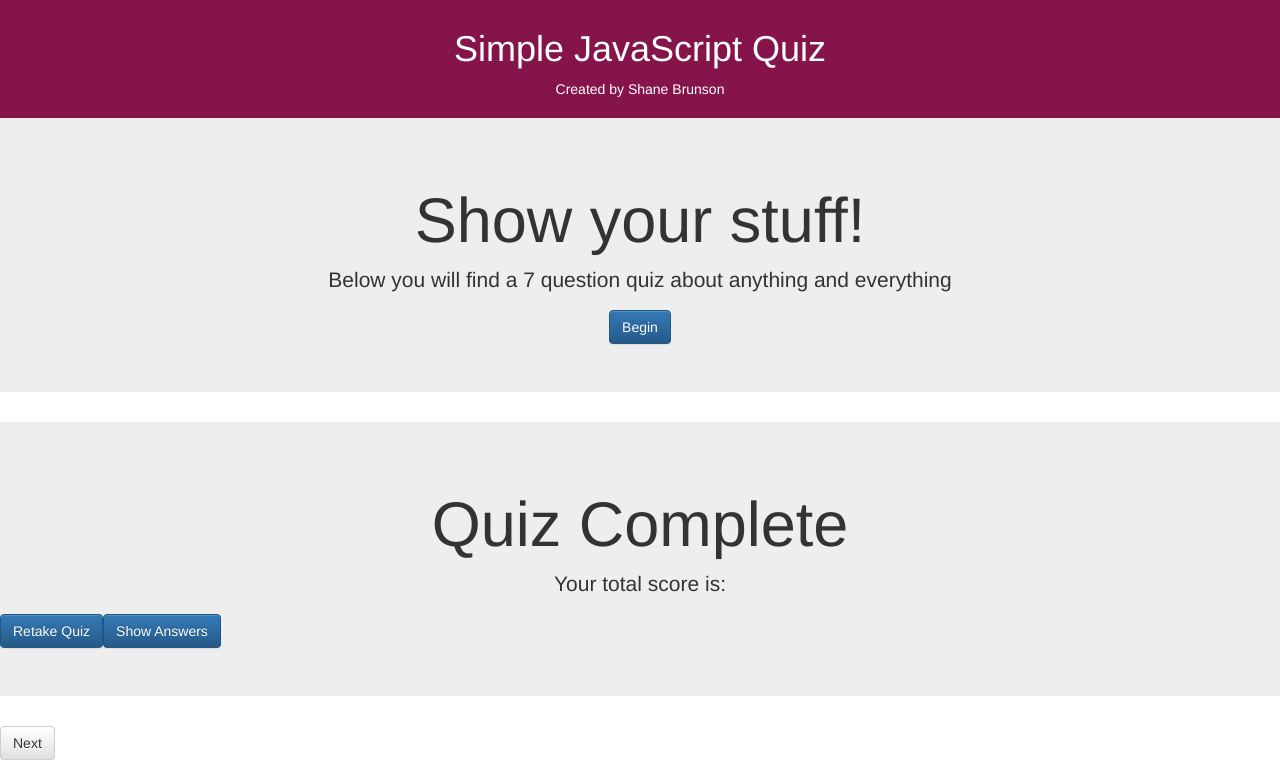
Repository: wsbrunson/Simple-Javascript-Quiz
Page: index.html
The author's editor kept a record of every edit. The page is drawn from the files as they stood at one moment, then again after the next edit.
The browser window is 1280 px wide. The pictures show the whole page.

Above is the page before.

After the next edit:
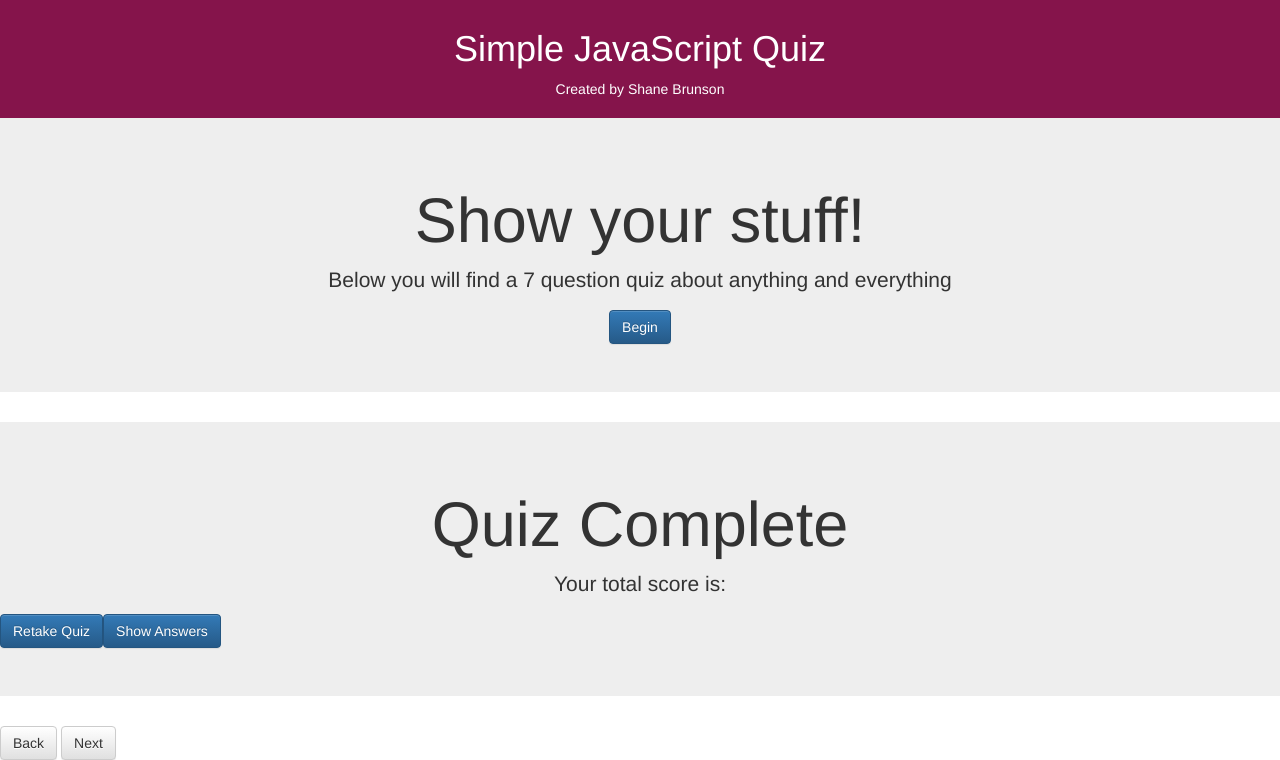
The edit:
--- a/stylesheet.css
+++ b/stylesheet.css
@@ -44,14 +44,6 @@
     color: #111111;
 }
 
-next-button {
-    display: none;
-}
-
-#back-button {
-    display: none;
-}
-
 #begin-button {
     display: block;
     margin: 0 auto;
